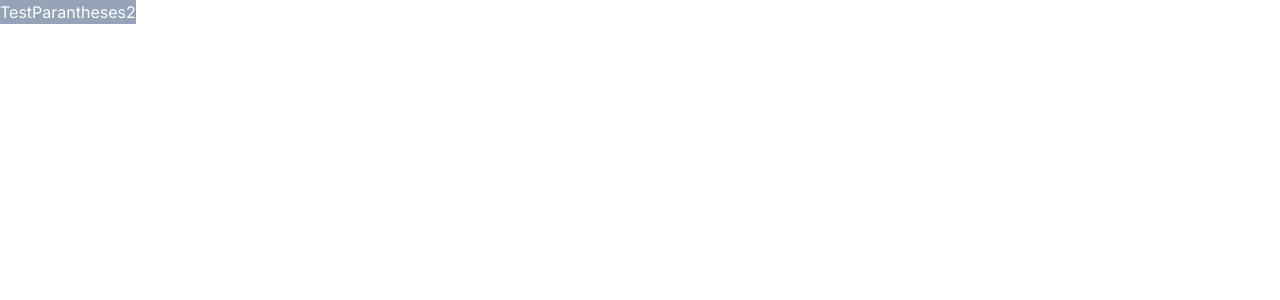
Repository: FrontendProjectsNL/next-auth-credentials-exercise
Page: /parantheses2
An editor plug-in stored every save of this project. The page is shown before and after the next save, followed by the edit.
The browser window is 1280 px wide. The pictures show the whole page.
The project was rebuilt for these pictures with package versions that can differ from the ones it lists, and the page was loaded fresh each time. The framework's server and built-in components were replaced by stand-ins that run in the browser. Also part of the build but not shown: next.config.mjs.

Above is the page before, as saved 2024-07-11 16:01:39.

### app/(test)/parantheses2/page.tsx
'use client';

import { useEffect, useState } from 'react';

const TestParantheses = () => {
  const [val, setVal] = useState(false);

  useEffect(() => {
    if (val) throw new Error('val cannot be true!');
  }, [val]);

  return (
    <button
      onClick={() => setVal((prev) => !prev)}
      className=" bg-slate-400 text-white"
    >
      TestParantheses2
    </button>
  );
};

export default TestParantheses;

Loaded but not shown: app/layout.tsx (common file); app/globals.css (common file); tailwind.config.ts (common file)

After the next save:
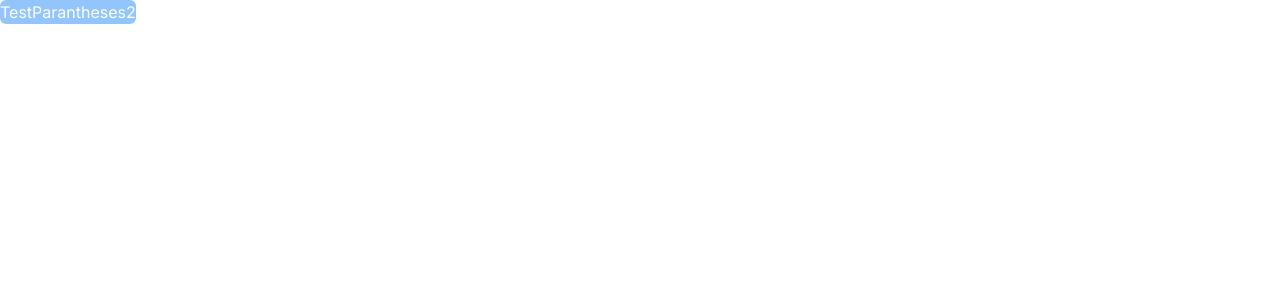
Saved 45 h 40 min later.
--- a/app/(test)/parantheses2/page.tsx
+++ b/app/(test)/parantheses2/page.tsx
@@ -12,7 +12,7 @@ const TestParantheses = () => {
   return (
     <button
       onClick={() => setVal((prev) => !prev)}
-      className=" bg-slate-400 text-white"
+      className=" bg-blue-300 text-white rounded-md"
     >
       TestParantheses2
     </button>
